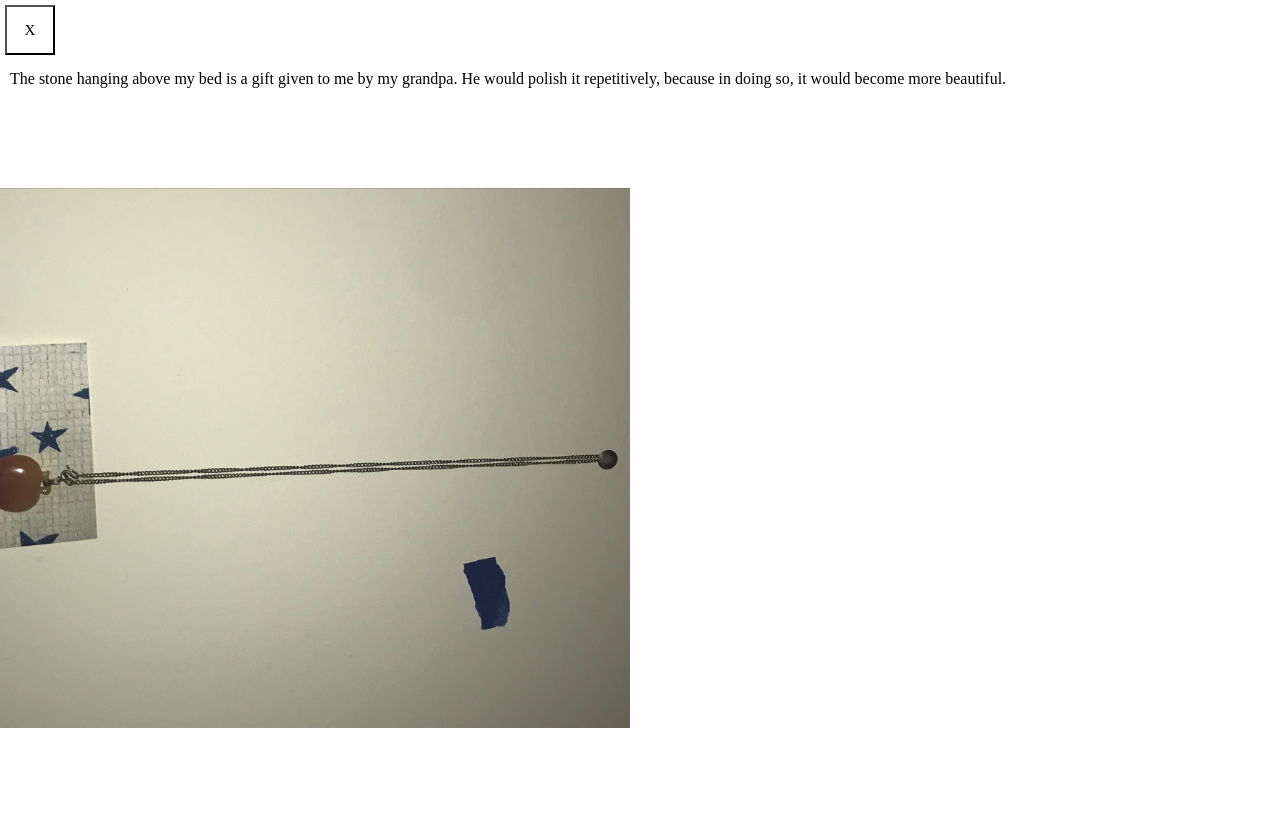
Repository: xuc009/assignment-4
Page: what.html
The author's editor kept a copy of each file at every save. The page is drawn from the files as they stood at one save, then again after the next save.
The browser window is 1280 px wide. The pictures show the whole page.

Above is the page before, as saved 2019-12-11 16:19:03.
Console error: TypeError: Cannot read properties of null (reading 'addEventListener')

After the next save:
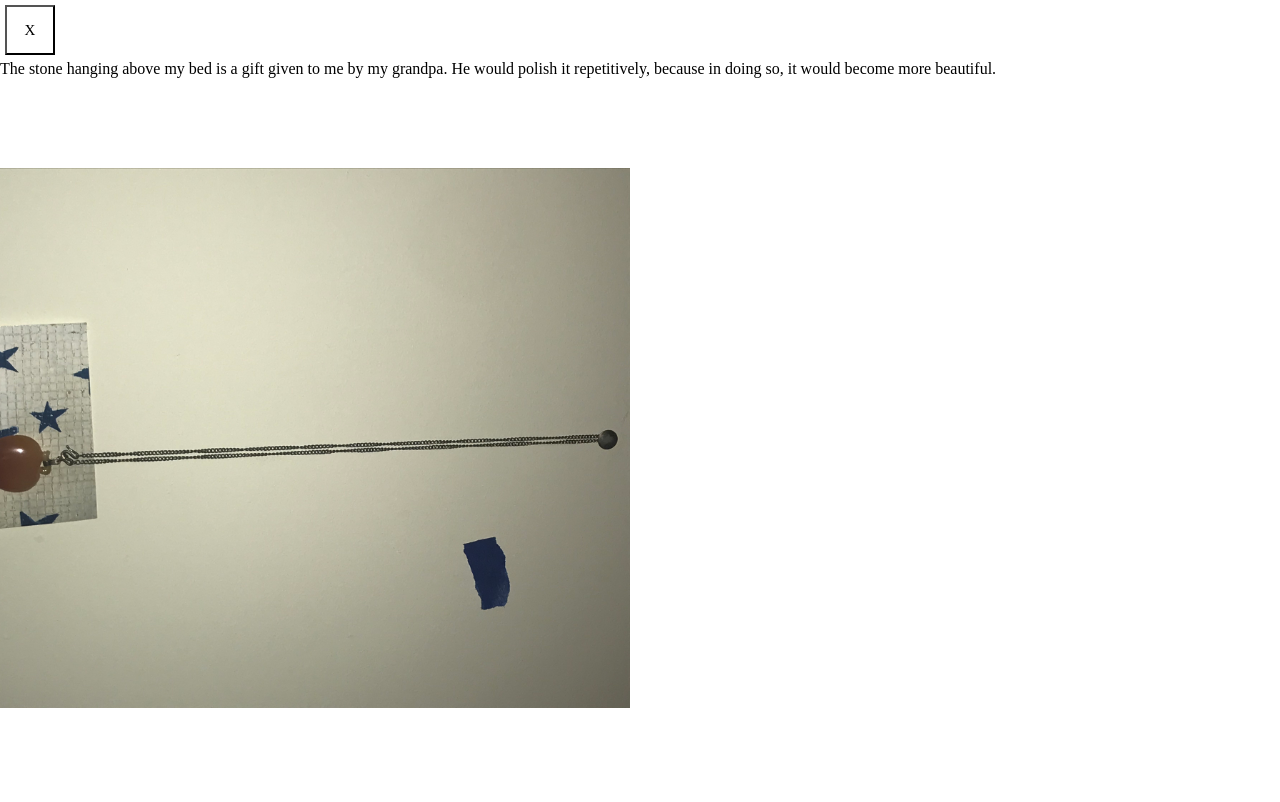
Saved 6 s later.
--- a/assets/style.css
+++ b/assets/style.css
@@ -38,5 +38,4 @@ img{
 }
 
 #description{
-	margin:10px
 }
